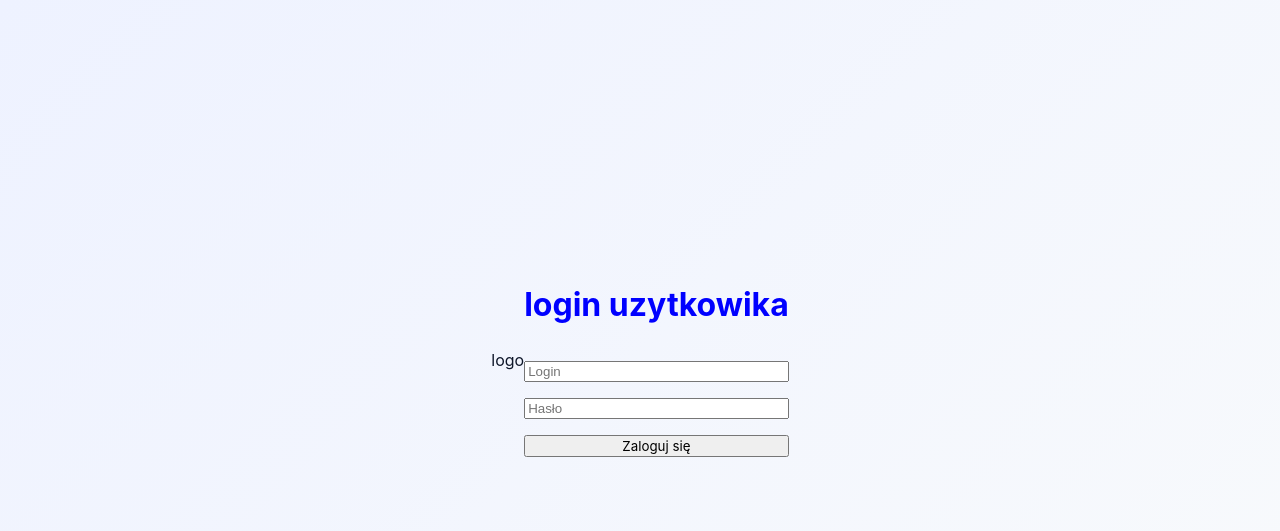
Repository: KrystianTrzy/reactapt
Page: /login
An editor plug-in stored every save of this project. The page is shown before and after the next save, followed by the edit.
The browser window is 1280 px wide. The pictures show the whole page.
The project was rebuilt for these pictures with package versions that can differ from the ones it lists, and the page was loaded fresh each time. Also part of the build but not shown: src/components/App/LikeCounter/LikeCounter.css, src/components/App/LikeCounter/LikeCounter.js, src/pages/Posts.js, src/pages/postdetail/postdetail.js.

Above is the page before, as saved 2025-11-22 12:04:27.

### src/index.js
import React from "react";
import ReactDOM from "react-dom/client";
import "./index.css";
import App from "./App";
import LikeCounter from "./components/App/LikeCounter/LikeCounter";

const root = ReactDOM.createRoot(document.getElementById("root"));
root.render(
  <React.StrictMode>
    <App />
  </React.StrictMode>
);

// If you want to start measuring performance in your app, pass a function
// to log results (for example: reportWebVitals(console.log))
// or send to an analytics endpoint. Learn more: https://bit.ly/CRA-vitals

### src/index.css
:root {
  --bg: #f6f8ff;
  --card: #ffffff;
  --accent: #4f46e5;
  --muted: #6b7280;
  --radius: 12px;
}

* {
  box-sizing: border-box;
}

html,
body,
#root {
  height: 100%;
}

body {
  margin: 0;
  font-family: Inter, system-ui, -apple-system, "Segoe UI", Roboto,
    "Helvetica Neue", Arial;
  background: linear-gradient(135deg, #eef2ff 0%, #f8fafc 100%);
  color: #0f172a;
  -webkit-font-smoothing: antialiased;
  -moz-osx-font-smoothing: grayscale;
}

#root {
  display: flex;
  align-items: center;
  justify-content: center;
  padding: 2rem;
}

.App {
  width: 100%;
  max-width: 920px;
  background: rgba(255, 255, 255, 0.9);
  border-radius: var(--radius);
  box-shadow: 0 8px 30px rgba(2, 6, 23, 0.08);
  padding: 2rem;
}

ul {
  padding-left: 1.1rem;
}

button {
  font-family: inherit;
}

.login-form {
  display: flex;
  flex-direction: column;
  gap: 1rem;
  color: blue;
}

### src/App.js
import { BrowserRouter, Routes, Route } from "react-router-dom";
import Posts from "./pages/Posts";
import Login from "./pages/login";
import PostDetail from "./pages/postdetail/postdetail";
import Nav from "./components/nav/nav";

function App() {
  const name = "Krystian";
  const names = ["Adrian", "Maciek", "Pawel", "Bartek"];
  return (
    <>
      <Nav />
      <BrowserRouter>
        <Routes>
          <Route path="/" element={<Posts />} />
          <Route path="/posts" element={<Posts />} />
          <Route path="/login" element={<Login />} />
          <Route path="/postdetail/:id" element={<PostDetail />} />
        </Routes>
      </BrowserRouter>
    </>
  );
}

export default App;

### src/pages/login.js
import { useState } from "react";
import { useNavigate } from "react-router-dom";

function Login() {
  const [formData, setFormData] = useState({ login: "", password: "" });
  const navigate = useNavigate();

  const handleSubmit = (event) => {
    event.preventDefault();
    console.log("Form submitted:", formData);
    navigate("/posts");
  };

  const handleChange = (event) => {
    const { name, value } = event.target;
    setFormData((prevData) => ({
      ...prevData,
      [name]: value,
    }));
  };

  return (
    <>
      <form className="login-form" onSubmit={handleSubmit}>
        <h1>login uzytkowika</h1>
        <input
          type="text"
          name="login"
          placeholder="Login"
          value={formData.login}
          onChange={handleChange}
        />
        <input
          type="password"
          name="password"
          placeholder="Hasło"
          value={formData.password}
          onChange={handleChange}
        />
        <button type="submit">Zaloguj się</button>
      </form>
    </>
  );
}

export default Login;

### src/components/nav/nav.js
import "./nav.css";
import { Link } from "react-router";

function nav() {
  return (
    <nav>
      <span>logo</span>

      <div className="links">
        <link to="/posts"></link>
        <link to="/login"></link>
        <a href="https://google.com"></a>
      </div>
    </nav>
  );
}

export default nav;

### src/components/nav/nav.css
/* Navigation bar styles */
.navbar {
  display: flex;
  justify-content: space-between;
  align-items: center;
  background-color: #333;
  padding: 1rem 2rem;
  color: white;
}

.navbar a {
  color: white;
  text-decoration: none;
  margin: 0 1rem;
  font-size: 1rem;
}

.navbar a:hover {
  text-decoration: underline;
}

.navbar .logo {
  font-size: 1.5rem;
  font-weight: bold;
}

.navbar .menu {
  display: flex;
  gap: 1rem;
}

Loaded but not shown: public/index.html (common file)

After the next save:
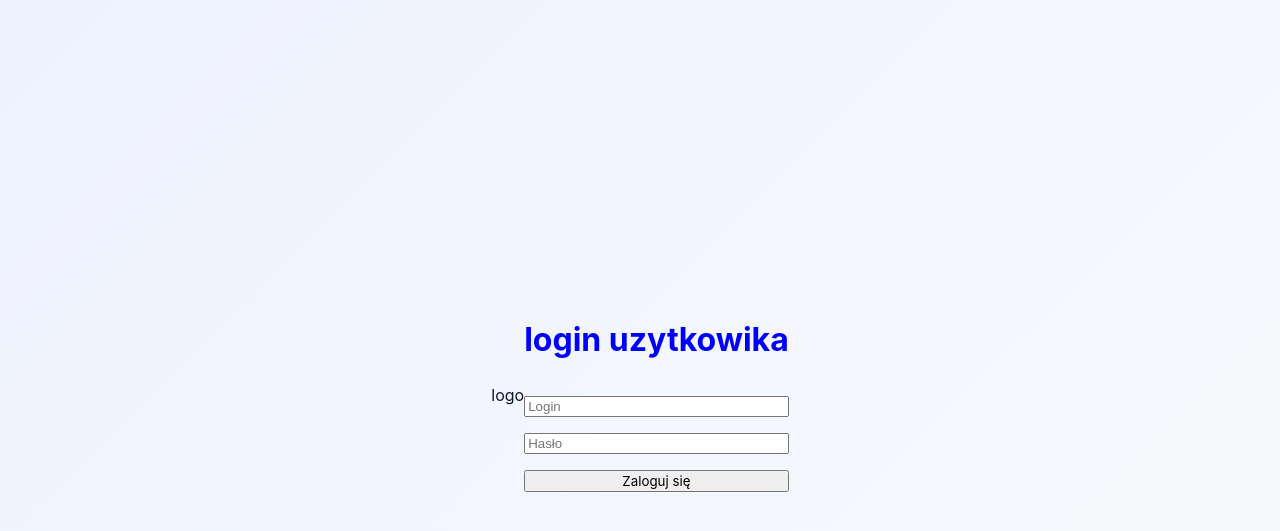
Saved 7 s later.
--- a/src/components/nav/nav.css
+++ b/src/components/nav/nav.css
@@ -1,11 +1,22 @@
-/* Navigation bar styles */
+/* Make the navigation bar fixed at the top */
 .navbar {
+  position: fixed;
+  top: 0;
+  left: 0;
+  width: 100%;
+  z-index: 1000;
   display: flex;
   justify-content: space-between;
   align-items: center;
   background-color: #333;
   padding: 1rem 2rem;
   color: white;
+  box-shadow: 0 2px 5px rgba(0, 0, 0, 0.2);
+}
+
+body {
+  margin: 0;
+  padding-top: 70px; /* Adjust this value based on the navbar height */
 }
 
 .navbar a {
